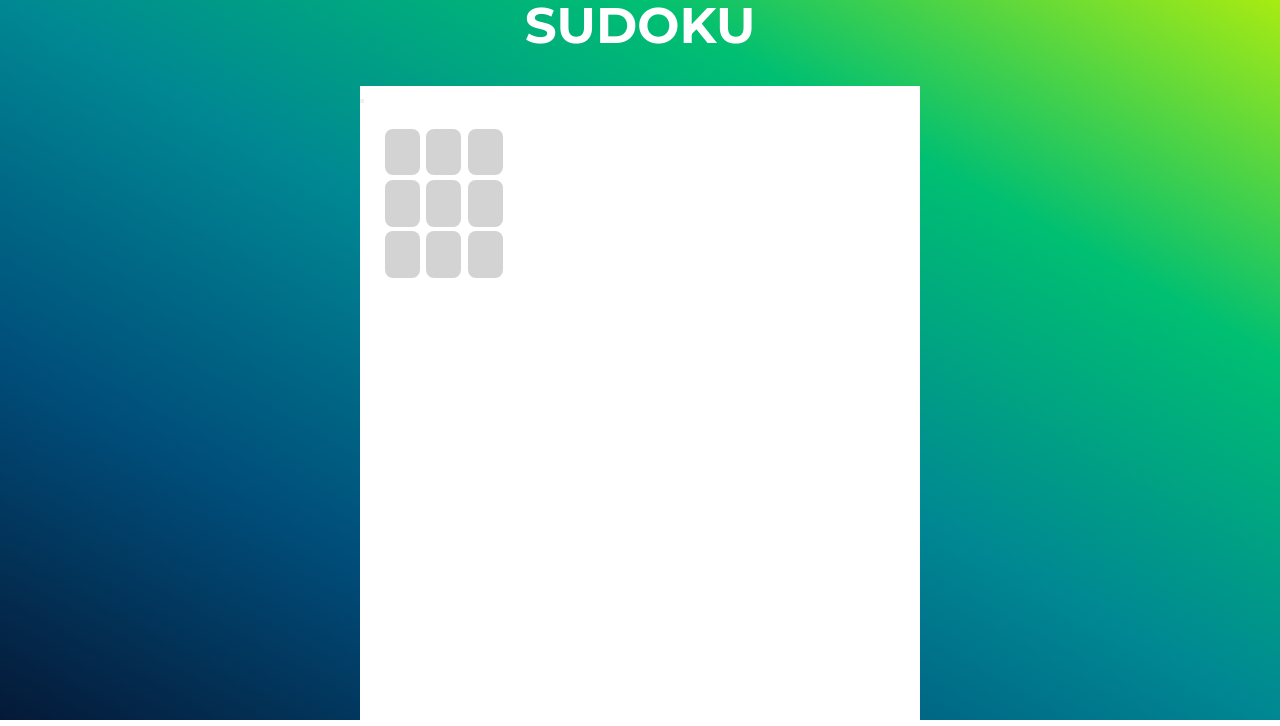
Repository: pattypetrikova/sudoku
Page: index.html
The author's editor kept a copy of each file at every save. The page is drawn from the files as they stood at one save, then again after the next save.
The browser window is 1280 px wide. The pictures show the whole page.
Some web fonts or font styles are not loaded; a fallback is used.

Above is the page before, as saved 2022-12-30 10:49:25.

### index.html
<!DOCTYPE html>
<html lang="en">
<head>
    <meta charset="UTF-8">
    <meta http-equiv="X-UA-Compatible" content="IE=edge">
    <meta name="viewport" content="width=device-width, initial-scale=1.0">
    <link rel="stylesheet" href="./assets/style.css">
    <link rel="preconnect" href="https://fonts.googleapis.com">
    <link rel="preconnect" href="https://fonts.gstatic.com" crossorigin>
    <link href="https://fonts.googleapis.com/css2?family=Erica+One&family=Montserrat:ital,wght@0,700;1,400&display=swap" rel="stylesheet">
    <title>Sudoku</title>
</head>
<body>
    <main class="background">
        <h1 class="title">Sudoku</h1>
        <div class="game">
            <div class="head">
                <div class="buttons">
                    <button class="start"></button>
                    <div class="time-couner"></div>
                </div>
            </div>
            <div class="gameboard">
                <form class="board-section" action="">
                    <input class="number" type="text">
                    <input class="number" type="text">
                    <input class="number" type="text">
                    <input class="number" type="text">
                    <input class="number" type="text">
                    <input class="number" type="text">
                    <input class="number" type="text">
                    <input class="number" type="text">
                    <input class="number" type="text">
                </form>
            </div>
            <div class="footer">
                <div class="footer-buttons">

                </div>
            </div>
        </div>
    </main>
</body>
</html>

### assets/style.css
/* simple reset */
* {
    margin: 0;
    padding: 0;
    box-sizing: border-box;
}

/* general styles */
.background {
    font-family: 'Montserrat', sans-serif;
    color: white;
}

/* project styles */

.background {
    background-image: linear-gradient(to right top, #051937, #004d7a, #008793, #00bf72, #a8eb12);
    height: 100vh;
    display: flex;
    align-items: center;
    justify-content: center;
    flex-direction: column;
}


.game {
    background-color: white;
    min-width: 35em;
    min-height: 40em;
}

.title {
    font-size: 50px;
    color: white;
    text-transform: uppercase;
    padding-bottom: 30px;
}

.gameboard {
    display: grid;
    padding: 1.5em;
}

.board-section {
    display: grid;
    grid-template-columns: 1fr 1fr 1fr;
    justify-items: center;
    gap: .3em;
    max-width: 120px;
}

.number {
    width: 35px;
    height: 3.5em;
    background-color: lightgray;
    outline: none;
    border: none;
    border-radius: 8px;
}

After the next save:
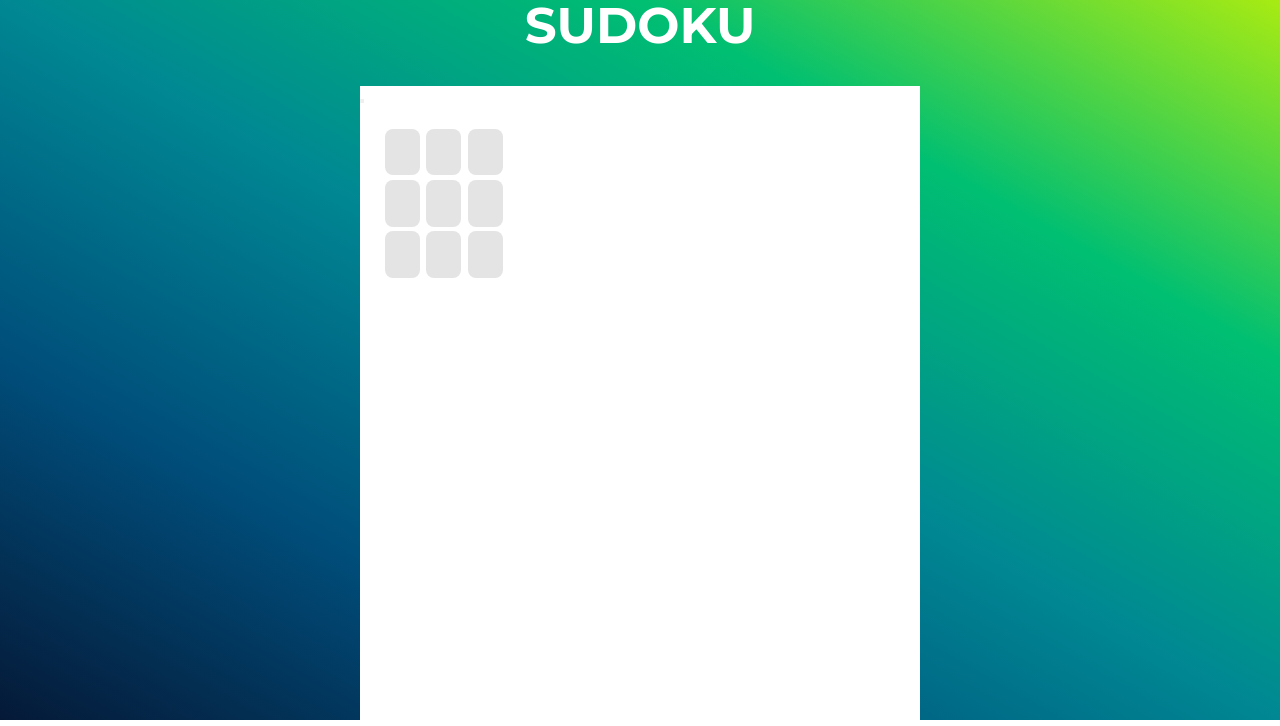
Saved 18 s later.
--- a/assets/style.css
+++ b/assets/style.css
@@ -56,4 +56,5 @@
     outline: none;
     border: none;
     border-radius: 8px;
+    opacity: 0.6;
 }
